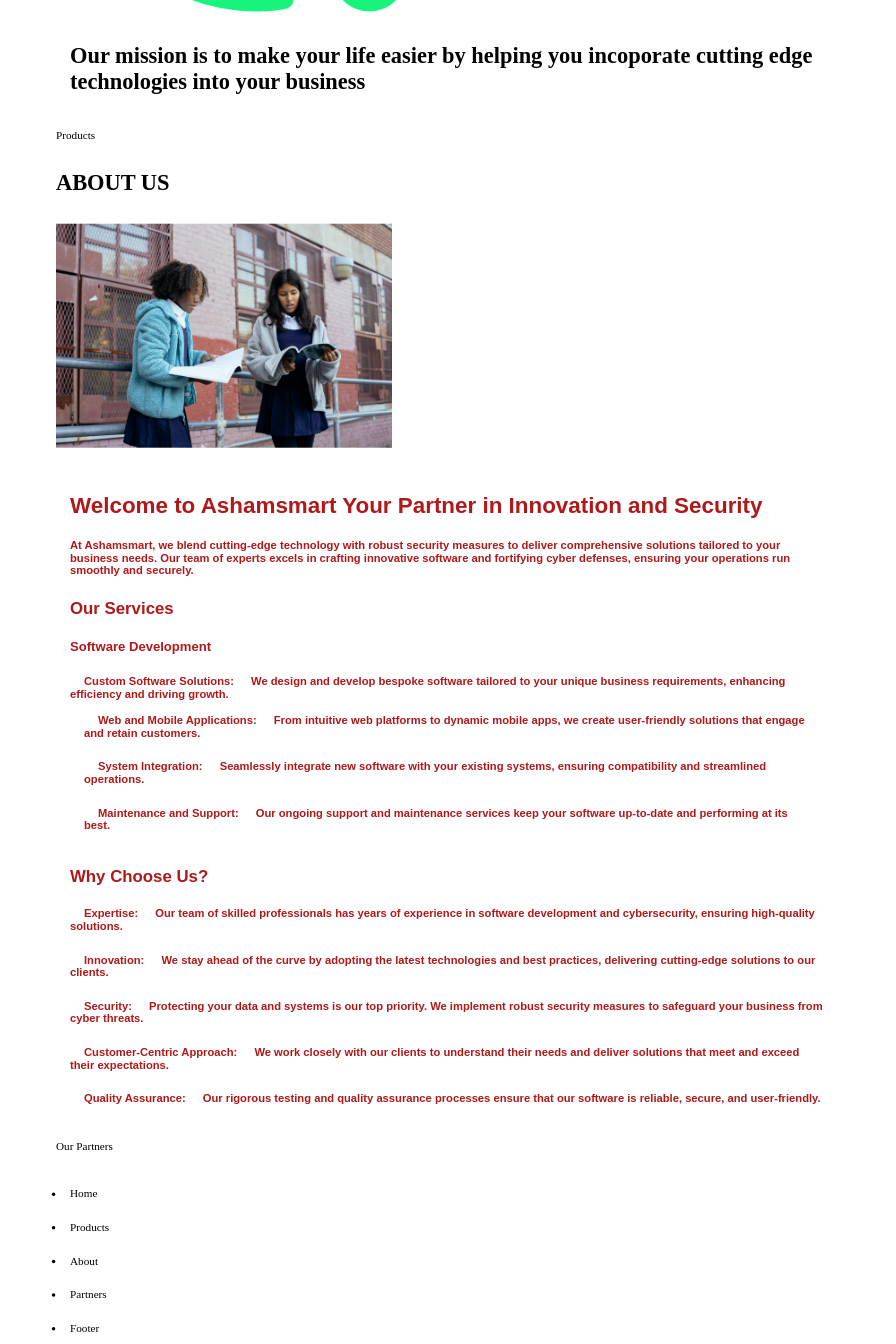
Repository: Alphosmart/firstassignment
Page: /
An editor plug-in stored every save of this project. The page is shown before and after the next save, followed by the edit.
The browser window is 1280 px wide. The pictures show the part of the page from y = 782 to 2702 px (the page is 2788 px tall before and 2846 px after), at 70% of full size.
The project was rebuilt for these pictures with package versions that can differ from the ones it lists, and the page was loaded fresh each time. Also part of the build but not shown: vite.config.js.

Above is the page before, as saved 2024-08-13 15:50:44.

After the next save:
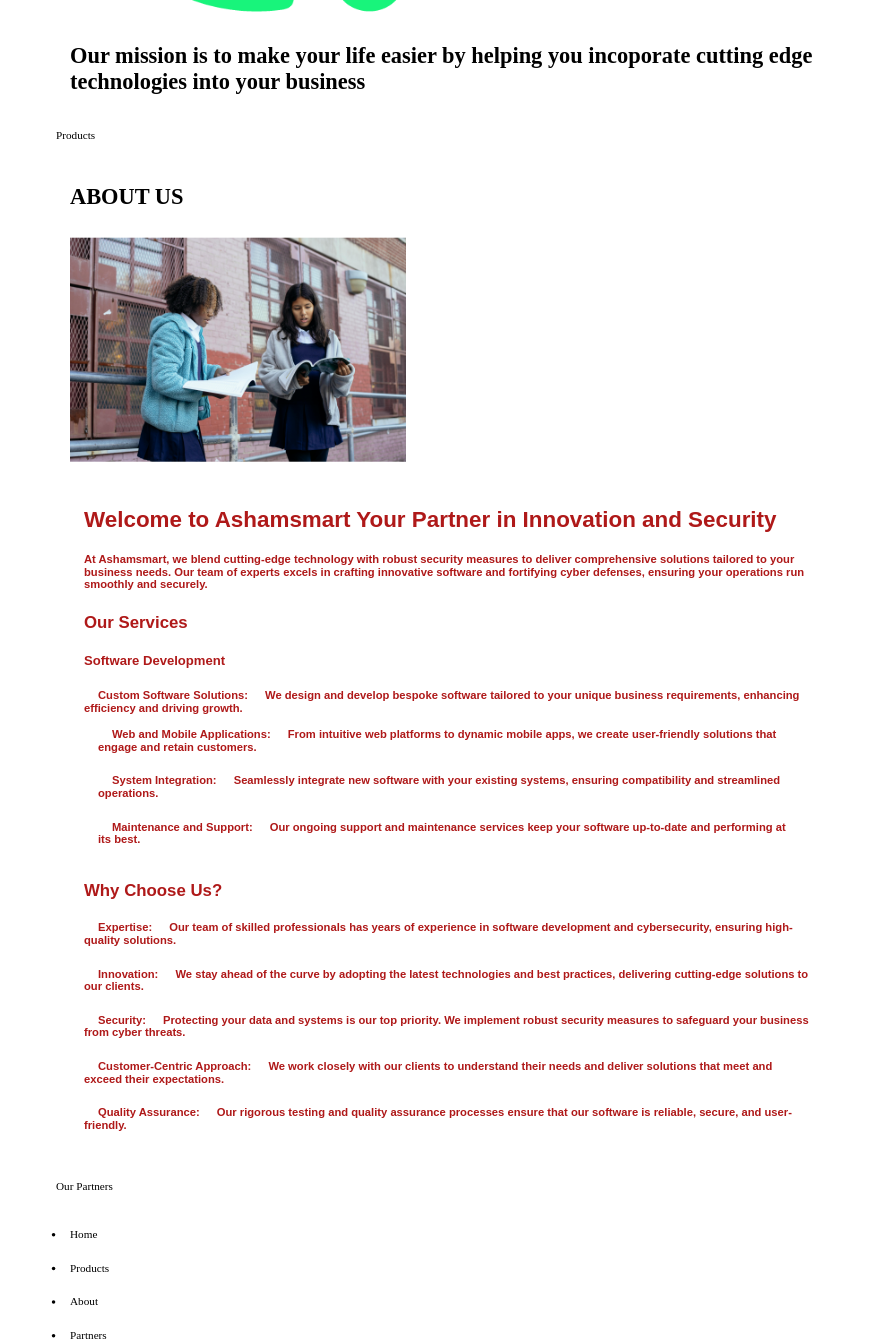
Saved 30 s later.
--- a/src/components/About/About.jsx
+++ b/src/components/About/About.jsx
@@ -3,80 +3,83 @@
 const About = () => {
   return (
     <>
-      <h1
-        style={{
-          display: 'flex',
-          alignItems: 'center',
-          marginTop: '20px',
-          padding: '10px',
-        }}
-      >
-        ABOUT US
-      </h1>
+      <div>
+        <h1
+          style={{
+            display: 'flex',
+            alignItems: 'center',
+            marginTop: '20px',
+            padding: '10px',
+          }}
+        >
+          ABOUT US
+        </h1>
 
-      <img
-        src="/public/Image/pexels-mary-taylor-5896578.jpg"
-        alt=""
-        width={500}
-      />
-      <div className="about">
-        <h1>Welcome to Ashamsmart Your Partner in Innovation and Security</h1>
-        <p>
-          At Ashamsmart, we blend cutting-edge technology with robust security
-          measures to deliver comprehensive solutions tailored to your business
-          needs. Our team of experts excels in crafting innovative software and
-          fortifying cyber defenses, ensuring your operations run smoothly and
-          securely.
-        </p>
+        <img
+          src="/public/Image/pexels-mary-taylor-5896578.jpg"
+          alt=""
+          width={500}
+        />
+        <div className="about">
+          <h1>Welcome to Ashamsmart Your Partner in Innovation and Security</h1>
+          <p>
+            At Ashamsmart, we blend cutting-edge technology with robust security
+            measures to deliver comprehensive solutions tailored to your
+            business needs. Our team of experts excels in crafting innovative
+            software and fortifying cyber defenses, ensuring your operations run
+            smoothly and securely.
+          </p>
 
-        <h2>Our Services</h2>
-        <h3>Software Development</h3>
-        <p>
-          <b>Custom Software Solutions: </b>We design and develop bespoke
-          software tailored to your unique business requirements, enhancing
-          efficiency and driving growth.
+          <h2>Our Services</h2>
+          <h3>Software Development</h3>
           <p>
-            <b>Web and Mobile Applications:</b> From intuitive web platforms to
-            dynamic mobile apps, we create user-friendly solutions that engage
-            and retain customers.
+            <b>Custom Software Solutions: </b>We design and develop bespoke
+            software tailored to your unique business requirements, enhancing
+            efficiency and driving growth.
+            <p>
+              <b>Web and Mobile Applications:</b> From intuitive web platforms
+              to dynamic mobile apps, we create user-friendly solutions that
+              engage and retain customers.
+            </p>
+            <p>
+              <b>System Integration:</b> Seamlessly integrate new software with
+              your existing systems, ensuring compatibility and streamlined
+              operations.
+            </p>
+            <p>
+              <b>Maintenance and Support:</b> Our ongoing support and
+              maintenance services keep your software up-to-date and performing
+              at its best.
+            </p>
+          </p>
+
+          <h2>Why Choose Us?</h2>
+          <p>
+            <b>Expertise:</b> Our team of skilled professionals has years of
+            experience in software development and cybersecurity, ensuring
+            high-quality solutions.
           </p>
           <p>
-            <b>System Integration:</b> Seamlessly integrate new software with
-            your existing systems, ensuring compatibility and streamlined
-            operations.
+            <b>Innovation:</b> We stay ahead of the curve by adopting the latest
+            technologies and best practices, delivering cutting-edge solutions
+            to our clients.
           </p>
           <p>
-            <b>Maintenance and Support:</b> Our ongoing support and maintenance
-            services keep your software up-to-date and performing at its best.
+            <b>Security:</b> Protecting your data and systems is our top
+            priority. We implement robust security measures to safeguard your
+            business from cyber threats.
           </p>
-        </p>
-
-        <h2>Why Choose Us?</h2>
-        <p>
-          <b>Expertise:</b> Our team of skilled professionals has years of
-          experience in software development and cybersecurity, ensuring
-          high-quality solutions.
-        </p>
-        <p>
-          <b>Innovation:</b> We stay ahead of the curve by adopting the latest
-          technologies and best practices, delivering cutting-edge solutions to
-          our clients.
-        </p>
-        <p>
-          <b>Security:</b> Protecting your data and systems is our top priority.
-          We implement robust security measures to safeguard your business from
-          cyber threats.
-        </p>
-        <p>
-          <b>Customer-Centric Approach:</b> We work closely with our clients to
-          understand their needs and deliver solutions that meet and exceed
-          their expectations.
-        </p>
-        <p>
-          <b>Quality Assurance:</b> Our rigorous testing and quality assurance
-          processes ensure that our software is reliable, secure, and
-          user-friendly.
-        </p>
+          <p>
+            <b>Customer-Centric Approach:</b> We work closely with our clients
+            to understand their needs and deliver solutions that meet and exceed
+            their expectations.
+          </p>
+          <p>
+            <b>Quality Assurance:</b> Our rigorous testing and quality assurance
+            processes ensure that our software is reliable, secure, and
+            user-friendly.
+          </p>
+        </div>
       </div>
     </>
   );
